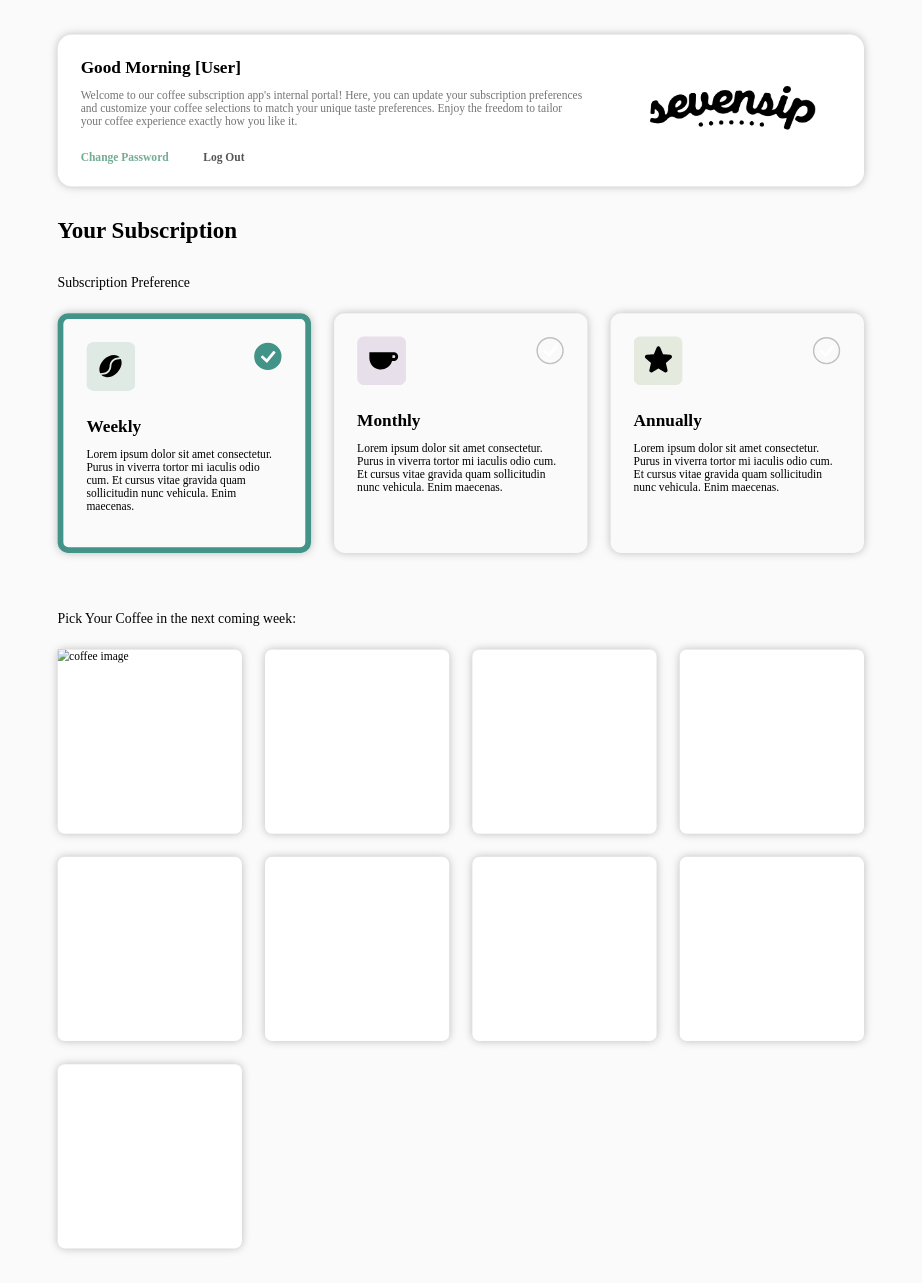
Repository: Haydenleung/COMP-4170-Final-Project
Page: http://localhost/main
These files come from the project's save history. The page is drawn as it stood at one moment and after the next save; the edit follows.
The browser window is 1280 px wide. The pictures show the whole page, at 72% of full size.
The page is served by the project's Node server (app.js).

Above is the page before, as saved 2024-03-22 18:34:18.
Not found: images/s01.png

### views/main.ejs
<%- include('partials/header') %>


    <div class="main-container">
        <div class="main-subcontainer">
            <div class="main-welcome">
                <div class="main-greeting">
                    <h3>Good Morning [User]</h3>
                    <p>Welcome to our coffee subscription app's internal portal! Here, you can update your subscription
                        preferences and customize your coffee selections to match your unique taste preferences. Enjoy
                        the freedom to tailor your coffee experience exactly how you like it.</p>
                </div>
                <div class="main-feature">
                    <a href="/edit" class="mainbtn chnpassword">Change Password</a>
                    <a href="/" class="mainbtn logout">Log Out</a>
                </div>
            </div>
            <div class="main-logo-container">
                <img class="main-logo" src="/images/logo.png" alt="company logo" />
            </div>
        </div>
        <div class="main-content">
            <h4>Your Subscription</h4>
            <div class="subscribe-section">
                <h5>Subscription Preference</h5>
                <div class="subscribe-container">
                    <div class="sub-option sub-selected">
                        <div class="tick">
                            <svg viewBox="0 0 100 100" xmlns="http://www.w3.org/2000/svg">
                                <circle cx="50" cy="50" r="45" fill="#429488" stroke="#429488" stroke-width="5" />
                            </svg>
                            <img class="sub-tick" src="/images/tick.svg" alt="icon" />
                        </div>
                        <img class="sub-icon" src="/images/week.svg" alt="icon" />
                        <div class="sub-title">Weekly</div>
                        <p class="sub-body">Lorem ipsum dolor sit amet consectetur. Purus in viverra tortor mi iaculis
                            odio cum. Et
                            cursus vitae gravida quam sollicitudin nunc vehicula. Enim maecenas.</p>
                    </div>
                    <div class="sub-option">
                        <div class="tick">
                            <svg viewBox="0 0 100 100" xmlns="http://www.w3.org/2000/svg">
                                <circle cx="50" cy="50" r="45" fill="none" stroke="#C0C0C0" stroke-width="5" />
                            </svg>
                            <img class="sub-tick" src="/images/tick.svg" alt="icon" />
                        </div>
                        <img class="sub-icon" src="/images/month.svg" alt="icon" />
                        <div class="sub-title">Monthly</div>
                        <p class="sub-body">Lorem ipsum dolor sit amet consectetur. Purus in viverra tortor mi iaculis
                            odio cum. Et
                            cursus vitae gravida quam sollicitudin nunc vehicula. Enim maecenas.</p>
                    </div>
                    <div class="sub-option">
                        <div class="tick">
                            <svg viewBox="0 0 100 100" xmlns="http://www.w3.org/2000/svg">
                                <circle cx="50" cy="50" r="45" fill="none" stroke="#C0C0C0" stroke-width="5" />
                            </svg>
                            <img class="sub-tick" src="/images/tick.svg" alt="icon" />
                        </div>
                        <img class="sub-icon" src="/images/annual.svg" alt="icon" />
                        <div class="sub-title">Annually</div>
                        <p class="sub-body">Lorem ipsum dolor sit amet consectetur. Purus in viverra tortor mi iaculis
                            odio cum. Et
                            cursus vitae gravida quam sollicitudin nunc vehicula. Enim maecenas.</p>
                    </div>

                </div>
            </div>
            <div class="coffee-section">
                <h5>Pick Your Coffee in the next coming week:</h5>
                <div class="coffee-option">
                    <div class="coffee">
                        <img class="coffee-image" src="/images/s01.png" alt="coffee image" />
                    </div>
                    <div class="coffee">
                        <img />
                    </div>
                    <div class="coffee">
                        <img />
                    </div>
                    <div class="coffee">
                        <img />
                    </div>
                    <div class="coffee">
                        <img />
                    </div>
                    <div class="coffee">
                        <img />
                    </div>
                    <div class="coffee">
                        <img />
                    </div>
                    <div class="coffee">
                        <img />
                    </div>
                    <div class="coffee">
                        <img />
                    </div>
                </div>
            </div>
        </div>
    </div>

    <%- include('partials/footer') %>

### views/partials/header.ejs
<!DOCTYPE html>
<html lang="en">

<head>
    <meta charset="UTF-8" />
    <meta http-equiv="X-UA-Compatible" content="IE=edge" />
    <meta name="viewport" content="width=device-width, initial-scale=1.0" />
    <link rel="stylesheet" href="styles/main.css" />
    <title>Subscriber Portal</title>
</head>

<body>
    <main>

### app.js
import express from "express";
import pg from "pg";

const app = express();
const port = 3000;

app.set('view engine', 'ejs');

app.use(express.urlencoded({ extended: true }));
app.use(express.static("public"));

app.get("/", (req, res) => {
    res.render("index.ejs");
});

app.get("/register", (req, res) => {
    res.render("register.ejs");
});

app.get("/main", (req, res) => {
    res.render("main.ejs");
});

app.listen(port, () => {
    console.log(`Server running on port ${port}`);
});

### public/styles/main.css
* {
    box-sizing: border-box;
    font-family: "Montserrat";
}

html {
    background-color: #FAFAFA;
    height: 100vh;
    padding: 0;
    margin: 0;
}

body {
    display: flex;
    flex-direction: column;
    padding: 0;
    margin: 0;
    height: 100%;
}

main {
    display: flex;
    flex-grow: 1;
}

.home {
    display: flex;
    flex-direction: row;
    height: 100%;
    width: 100%;
}

.photo {
    object-fit: cover;
    width: 100%;
    height: 100%;
    border-radius: 0 20px 20px 0;
}

.home-photo {
    height: 100%;
    flex-grow: 1;
    overflow: hidden;
}

.home-login {
    min-width: 40rem;
    display: flex;
    flex-direction: column;
    justify-content: center;
    align-items: center;
}

.login-container {
    width: 100%;
    height: 100%;
    display: flex;
    flex-direction: column;
    justify-content: center;
    align-items: center;
    padding: 1rem 8rem;
}

.logo {
    width: 10rem;
    margin-bottom: 4rem;
}

.form-container {
    display: flex;
    flex-direction: column;
    align-items: center;
    /* background-color: grey; */
    width: 100%;
    margin-bottom: 1.5rem;
}

h3 {
    font-size: 1.5em;
}

.form-title {
    text-align: center;
    margin-bottom: 3rem;
}

.form-main {
    width: 100%;
    display: flex;
    flex-direction: column;
    align-items: center;
    gap: 1.5rem;
}

.login-form {
    width: 100%;
}

.login-button {
    width: 100%;
    display: flex;
    flex-direction: column;
    gap: 1.5rem;
    margin-top: 2rem;
}

.forminput {
    width: 100%;
    height: 3rem;
    background-color: transparent;
    border: none;
    border-bottom: 1px solid black;
    padding: 1rem;
    font-size: 1em;
}

.forminput:focus {
    outline: none;
}

.submitbtn,
.regbtn {
    width: 100%;
    height: 3rem;
    border-radius: 6px;
    border: none;
    font-size: 1em;
    font-weight: 600;
    color: white;
    cursor: pointer;
    text-decoration: none;
    display: flex;
    justify-content: center;
    align-items: center;
}

.submitbtn {
    background-color: #73AC92;
}

.regbtn {
    background-color: #969696
}

.regisblue {
    background-color: #3EA1DB;
}

/* Main */

.main-container {
    width: 100%;
    display: flex;
    flex-direction: column;
    align-items: center;
    padding: 3rem 5rem;
}

.main-subcontainer {
    width: 100%;
    background-color: white;
    border-radius: 15pt;
    box-shadow: 0 0 12px rgba(0, 0, 0, 0.25);
    display: flex;
    flex-direction: row;
    padding: 2rem;
    justify-content: center;
    align-items: center;
    gap: 5%;
}

.main-welcome {
    flex-grow: 1;
    display: flex;
    flex-direction: column;
    justify-content: center;
    width: 100%;
    height: 100%;
    gap: 1rem;
}


.main-greeting>p {
    color: #747474;
    font-weight: 500;
}

.mainbtn {
    text-decoration: none;
    font-weight: 600;
}

.mainbtn:hover {
    text-decoration: underline;
    text-underline-offset: 8px;
}

.chnpassword {
    color: #73AC92;
}

.logout {
    color: #545454;
}

.main-feature {
    display: flex;
    flex-direction: row;
    gap: 3rem;
}

.main-logo-container {
    padding: 2rem;
    width: 40%;
}

.main-logo {
    width: 100%;
}

.main-content {
    width: 100%;
}

.subscribe-section {
    width: 100%;
    margin-bottom: 5rem;
}

.subscribe-container {
    display: grid;
    grid-template-columns: 1fr 1fr 1fr;
    gap: 2rem;
}

.sub-option {
    min-height: 12rem;
    box-shadow: 0 0 12px rgba(0, 0, 0, 0.25);
    border-radius: 15px;
    padding: 2rem 2rem;
    position: relative;
}

.sub-selected {
    border: 8px solid #429488;
}

.sub-icon {
    margin-bottom: 2rem;
}

.tick {
    position: absolute;
    right: 2rem;
    top: 2rem;
    width: 2.5rem;
    display: flex;
    justify-content: center;
    align-items: center;
}

.sub-tick {
    position: absolute;
}

.sub-title {
    font-size: 1.5em;
    font-weight: 600;
    margin-bottom: 1rem;
}

.coffee-option {
    --repeat: auto-fit;
}

@media (min-width: calc(250px * 4)) {
    .coffee-option {
        --repeat: 4;
    }
}

.coffee-option {
    width: 100%;
    display: grid;
    grid-template-columns: repeat(var(--repeat, auto-fit), minmax(150px, 1fr));
    gap: 2rem;
}

.coffee {
    width: 100%;
    aspect-ratio: 1/1;
    border-radius: 10px;
    background-color: white;
    box-shadow: 0 0 12px rgba(0, 0, 0, 0.25);
}

.coffee-image {
    width: 100%;
    height: 100%;
    object-fit: contain;
}

h3 {
    margin: 0;
}

h4 {
    font-size: 2em;
}

h5 {
    font-size: 1.2em;
    font-weight: 400;
}

### public/images/tick.svg
<svg width="21" height="17" viewBox="0 0 21 17" fill="none" xmlns="http://www.w3.org/2000/svg">
<path d="M17.9361 0L8.31387 11.7368L2.625 6.47746L0 8.90603L8.74863 17L21 2.42857L17.9361 0Z" fill="white"/>
</svg>

### public/images/week.svg
<svg width="68" height="68" viewBox="0 0 68 68" fill="none" xmlns="http://www.w3.org/2000/svg">
<rect width="68" height="68" rx="10" fill="#73AC92" fill-opacity="0.2"/>
<path d="M24.2499 42.7501C26.4672 42.4209 28.4921 41.3054 29.9554 39.6073C31.4186 37.9092 32.2225 35.7416 32.2203 33.5001C32.2315 30.6863 33.2522 27.9699 35.0969 25.8452C36.9416 23.7204 39.4877 22.3283 42.272 21.9221L46.2649 21.3517C46.157 21.2284 46.0645 21.1051 45.9412 20.9817C40.9153 15.9559 31.2645 17.4667 24.3578 24.3426C18.5149 30.2626 16.5416 38.1251 19.2549 43.4592L24.2499 42.7501Z" fill="black"/>
<path d="M34.6256 33.5C34.6155 36.3133 33.5975 39.0298 31.7562 41.1568C29.9149 43.2838 27.3722 44.6804 24.5894 45.0933L20.7969 45.6329L21.0281 45.895C26.054 50.9208 35.7048 49.4254 42.6115 42.5496C48.4235 36.7529 50.4585 28.875 47.7606 23.6179L42.6115 24.3579C40.4084 24.678 38.3924 25.7754 36.9278 27.4521C35.4632 29.1287 34.6467 31.2739 34.6256 33.5Z" fill="black"/>
</svg>

### public/images/month.svg
<svg width="68" height="68" viewBox="0 0 68 68" fill="none" xmlns="http://www.w3.org/2000/svg">
<rect width="68" height="68" rx="10" fill="#9D73AC" fill-opacity="0.2"/>
<path d="M17 22.3121H51C52.5913 22.3121 54.1174 22.9439 55.2426 24.0683C56.3679 25.1928 57 26.7179 57 28.3082C57 29.8984 56.3679 31.4235 55.2426 32.548C54.1174 33.6725 52.5913 34.3042 51 34.3042H48.496C47.5256 38.076 45.211 41.3642 41.9868 43.5517C38.7625 45.7391 34.8502 46.6753 30.9842 46.1847C27.1182 45.694 23.5643 43.8102 20.9895 40.8868C18.4147 37.9633 16.9962 34.2013 17 30.3069V22.3121ZM49 30.3069H51C51.5304 30.3069 52.0391 30.0963 52.4142 29.7215C52.7893 29.3466 53 28.8383 53 28.3082C53 27.7781 52.7893 27.2697 52.4142 26.8949C52.0391 26.5201 51.5304 26.3095 51 26.3095H49V30.3069Z" fill="black"/>
</svg>

### public/images/annual.svg
<svg width="68" height="68" viewBox="0 0 68 68" fill="none" xmlns="http://www.w3.org/2000/svg">
<rect width="68" height="68" rx="10" fill="#93AC73" fill-opacity="0.2"/>
<path d="M52.3888 30.5244L44.8134 37.1357L47.0827 46.9786C47.2028 47.4932 47.1685 48.0318 46.9842 48.5269C46.7998 49.0221 46.4736 49.452 46.0463 49.7628C45.619 50.0736 45.1096 50.2516 44.5817 50.2744C44.0538 50.2972 43.5309 50.164 43.0783 49.8912L34.4934 44.6842L25.927 49.8912C25.4745 50.164 24.9515 50.2972 24.4236 50.2744C23.8958 50.2516 23.3863 50.0736 22.959 49.7628C22.5317 49.452 22.2055 49.0221 22.0211 48.5269C21.8368 48.0318 21.8026 47.4932 21.9226 46.9786L24.1885 37.1458L16.6115 30.5244C16.2107 30.1788 15.9209 29.7225 15.7784 29.2128C15.636 28.7032 15.6471 28.1628 15.8105 27.6594C15.974 27.156 16.2824 26.7121 16.6971 26.3834C17.1118 26.0546 17.6143 25.8555 18.1417 25.8112L28.1291 24.9462L32.0276 15.6474C32.2312 15.1595 32.5746 14.7427 33.0146 14.4496C33.4546 14.1564 33.9714 14 34.5001 14C35.0288 14 35.5457 14.1564 35.9857 14.4496C36.4256 14.7427 36.769 15.1595 36.9726 15.6474L40.8829 24.9462L50.867 25.8112C51.3944 25.8555 51.8969 26.0546 52.3116 26.3834C52.7263 26.7121 53.0347 27.156 53.1981 27.6594C53.3615 28.1628 53.3727 28.7032 53.2302 29.2128C53.0878 29.7225 52.798 30.1788 52.3972 30.5244H52.3888Z" fill="black"/>
</svg>

Loaded but not shown: views/partials/footer.ejs (common file)

After the next save:
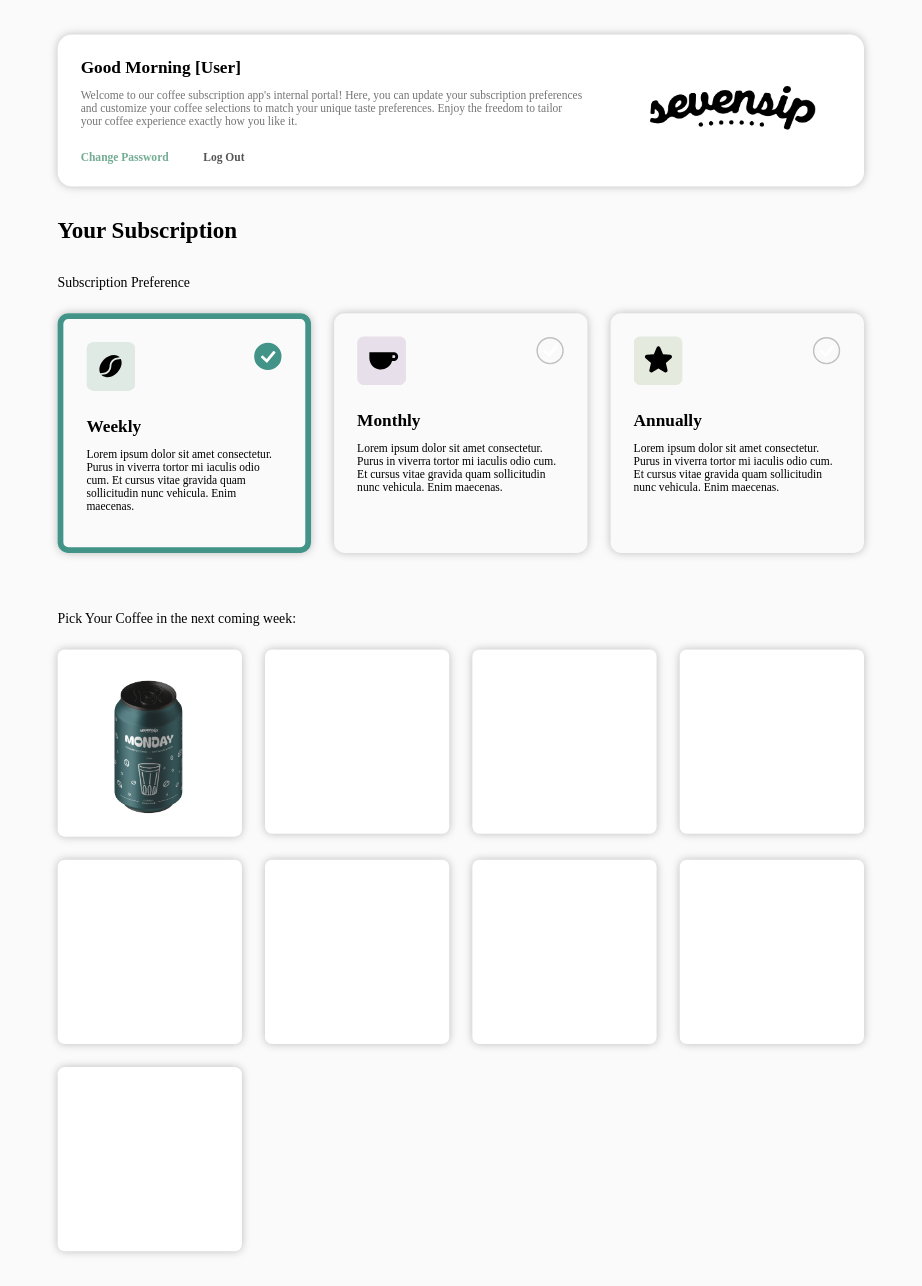
Saved 4 s later.
--- a/views/main.ejs
+++ b/views/main.ejs
@@ -70,7 +70,7 @@
                 <h5>Pick Your Coffee in the next coming week:</h5>
                 <div class="coffee-option">
                     <div class="coffee">
-                        <img class="coffee-image" src="/images/s01.png" alt="coffee image" />
+                        <img class="coffee-image" src="/images/01.png" alt="coffee image" />
                     </div>
                     <div class="coffee">
                         <img />
